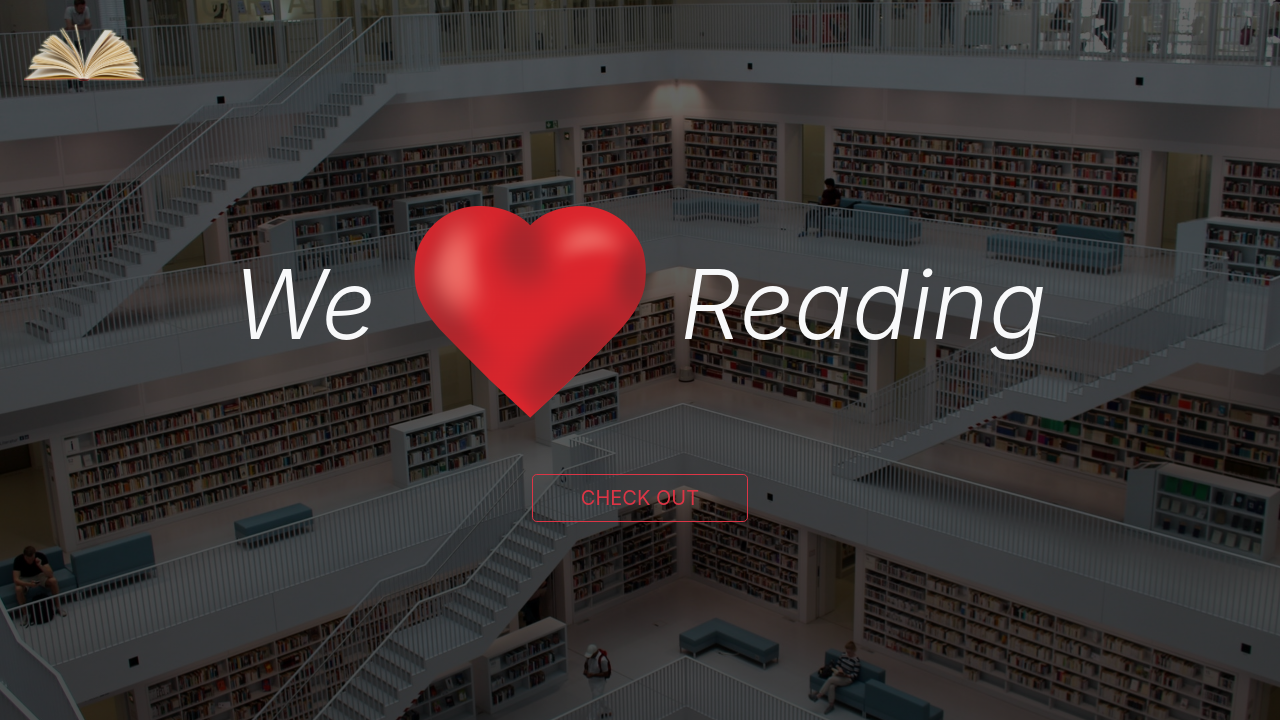
Repository: imedakrouti/BookStore
Page: index.html
An editor plug-in stored every save of this project. The page is shown before and after the next save, followed by the edit.
The browser window is 1280 px wide. The pictures show the whole page.
Some web libraries are served in a nearby version.

Above is the page before, as saved 2020-05-05 17:47:02.

### index.html
<!DOCTYPE html>
<html lang="en">
<head>
    <meta charset="UTF-8">
    <!-- meta view-port responsive design -->
    <meta name="viewport" content="width=device-width, initial-scale=1.0">
    <!-- Favicon -->
    <link rel="shortcut icon" href="images/img/title-img.png" type="image/x-icon">
    <!-- Fontawsome -->
    <link rel="stylesheet" href="https://use.fontawesome.com/releases/v5.0.10/css/all.css" integrity="sha384-+d0P83n9kaQMCwj8F4RJB66tzIwOKmrdb46+porD/OvrJ+37WqIM7UoBtwHO6Nlg" crossorigin="anonymous">
    <!-- Css Bootstrap -->
    <link rel="stylesheet" href="pluguin/bootstrap/css/bootstrap.min.css">
    <!-- Css style -->
    <link rel="stylesheet" href="styles/styles.css">
    <title>Books Site</title>
</head>
<body>
    <!-- Header -->
    <header class="d-flex align-items-center">
        <div class="align-self-start position-absolute">
          <a href="#">
            <img src="images/img/book.png" width="120" class="img-fluid m-4">
          </a>
        </div>
        <div class="container">
          <div class="row">
            <div class="col text-center">
              <h1 class="text-light display-1 font-italic mb-5 banner-heading">We <img src="images/img/heart.png" width="250" class="img-fluid"> Reading</h1>
              <a href="#" class="btn btn-lg btn-outline-danger text-uppercase px-5">Check Out</a>
            </div>
          </div>
        </div>
      </header>
    <!-- End Of Header -->
<!-- Jquery -->
<script src="pluguin/jquery-3.3.1.min.js"></script>
<!-- Popper js -->
<script src="pluguin/popper.js"></script>
<!-- Bootstrap js  -->
<script src="pluguin/bootstrap/js/bootstrap.min.js"></script>
<!-- Own js file -->
<script src="js/script.js"></script>
</body>
</html>

### styles/styles.css
@import url('https://fonts.googleapis.com/css?family=Great+Vibes&display=swap');

*{
    margin: 0;
    padding: 0;
    box-sizing:border-box;
}
body{
    /* font-family: 'Great Vibes', cursive; */
}
a:hover{
    text-decoration: none;
}
header{
    height: 100vh;
    background:linear-gradient(rgba(0,0,0,0.6),rgba(0,0,0,0.7)),url('../images/img/header-bg.jpeg')no-repeat fixed center /cover;
}
.banner-heading{
    let
}

Loaded but not shown: pluguin/bootstrap/css/bootstrap.min.css (library); pluguin/jquery-3.3.1.min.js (library); pluguin/popper.js (library); pluguin/bootstrap/js/bootstrap.min.js (library); js/script.js (no copy from this time; the picture is the same without it)

After the next save:
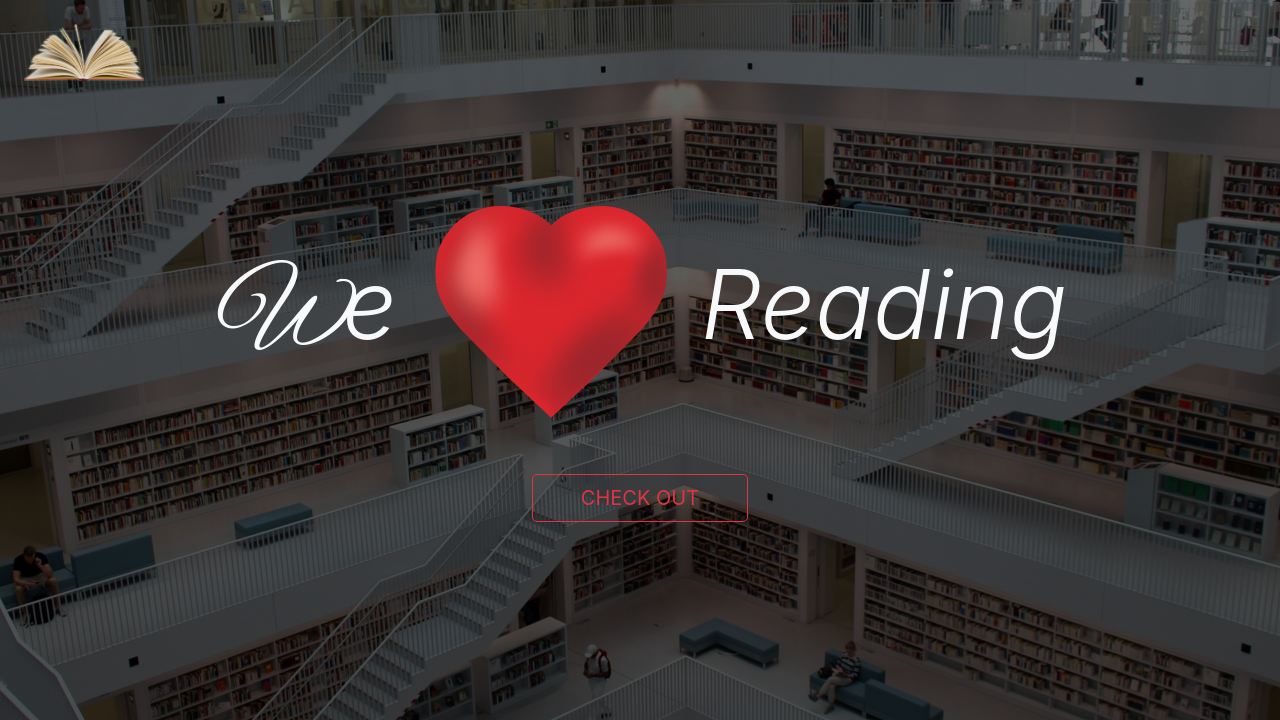
Saved 43 s later.
--- a/styles/styles.css
+++ b/styles/styles.css
@@ -15,6 +15,6 @@ header{
     height: 100vh;
     background:linear-gradient(rgba(0,0,0,0.6),rgba(0,0,0,0.7)),url('../images/img/header-bg.jpeg')no-repeat fixed center /cover;
 }
-.banner-heading{
-    let
+.banner-heading::first-letter{
+    font-family: 'Great Vibes', cursive;
 }
